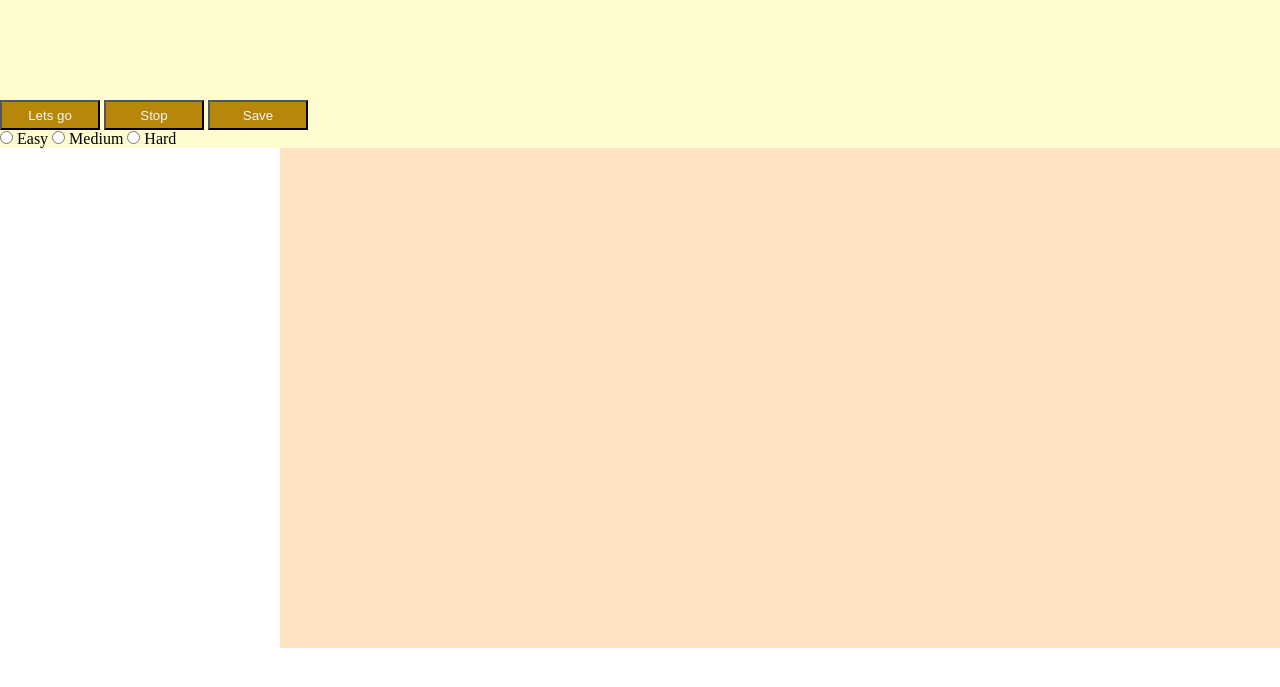
Repository: AytacSafarova/Bubble-game
Page: Bubble-game/index.html
The author's editor kept a copy of each file at every save. The page is drawn from the files as they stood at one save, then again after the next save.
The browser window is 1280 px wide. The pictures show the whole page.

Above is the page before, as saved 2022-09-06 01:50:26.

After the next save:
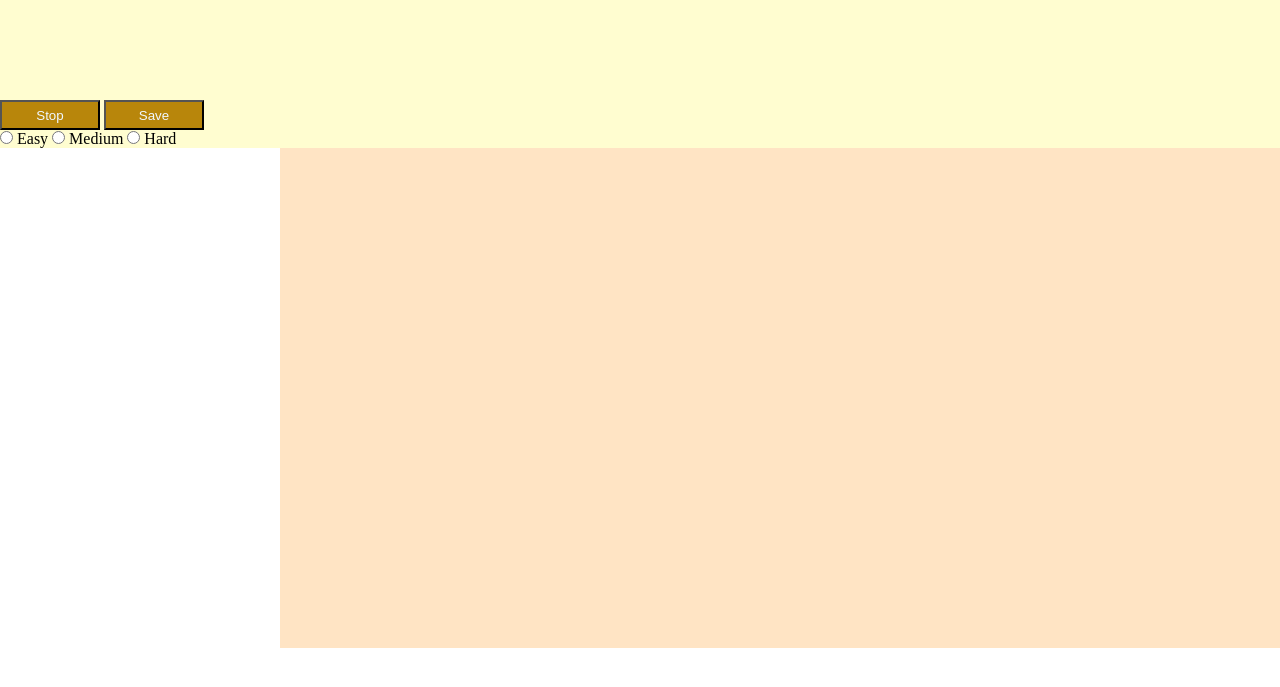
Console error: TypeError: Cannot read properties of null (reading 'addEventListener')
Saved 34 s later.
--- a/Bubble-game/index.html
+++ b/Bubble-game/index.html
@@ -10,7 +10,7 @@
 <body>
     <div class="container">
 
-    <button class="start">Lets go</button>
+<main>
     <button class="stop">Stop</button>
     <button class="save">Save</button>
     <div class="speed">

After the save that followed:
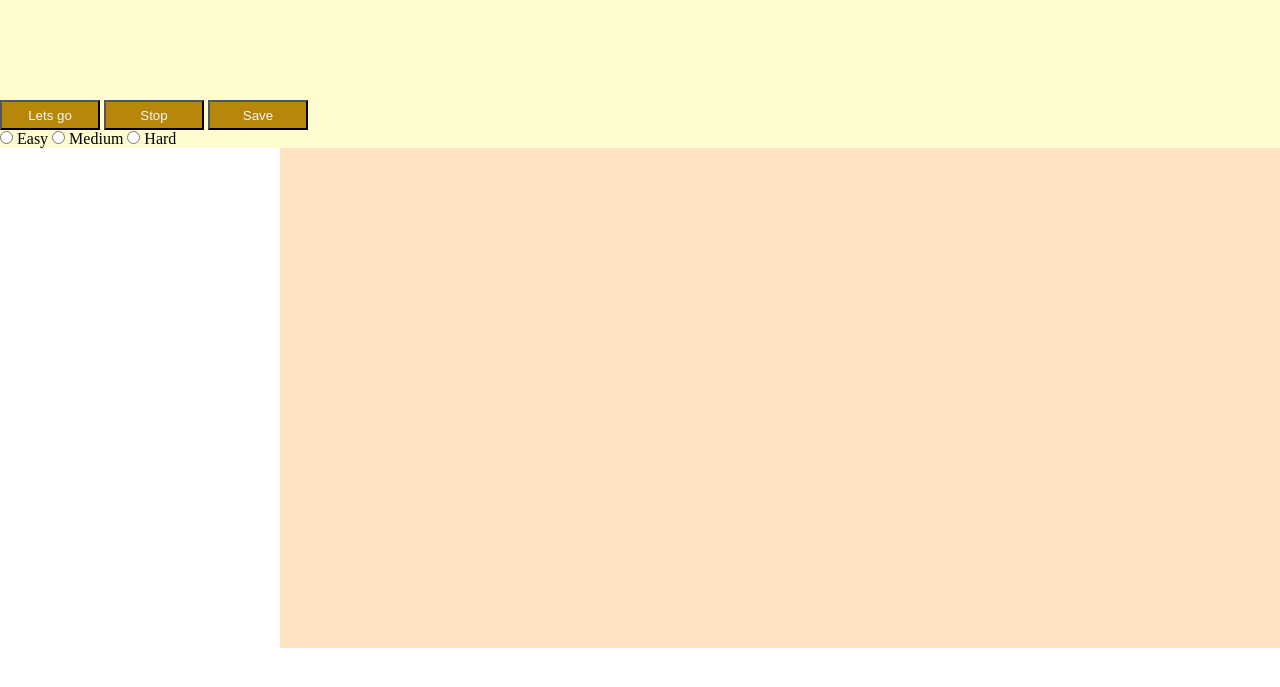
The error is gone.
Saved 7 s later.
--- a/Bubble-game/index.html
+++ b/Bubble-game/index.html
@@ -11,6 +11,8 @@
     <div class="container">
 
 <main>
+    <button class="start">Lets go</button>
+
     <button class="stop">Stop</button>
     <button class="save">Save</button>
     <div class="speed">
